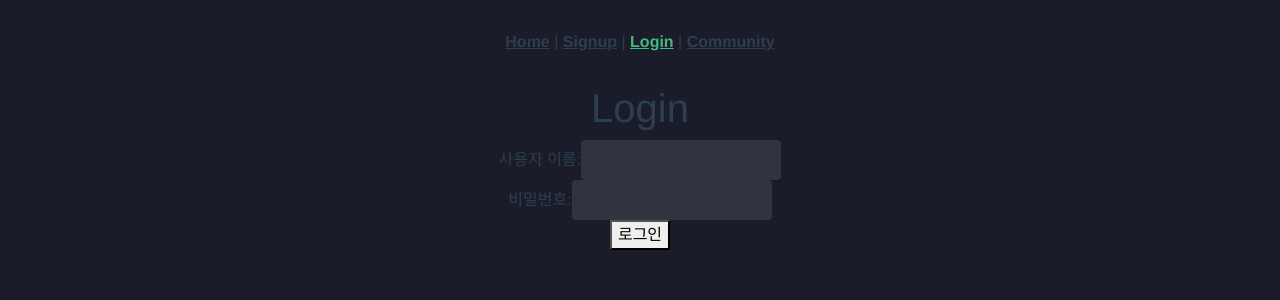
Repository: emoralVisionary/final_pjt_front
Page: /accounts/login
An editor plug-in stored every save of this project. The page is shown before and after the next save, followed by the edit.
The browser window is 1280 px wide. The pictures show the whole page.
The project was rebuilt for these pictures with package versions that can differ from the ones it lists, and the page was loaded fresh each time. Also part of the build but not shown: src/components/MovieCard.vue, src/views/MovieDetail.vue, src/views/MovieReview.vue, src/views/community/Community.vue, src/views/community/Post.vue, src/views/community/PostDetail.vue, src/components/ReviewDetail.vue.

Above is the page before, as saved 2021-11-22 06:01:24.

After the next save:
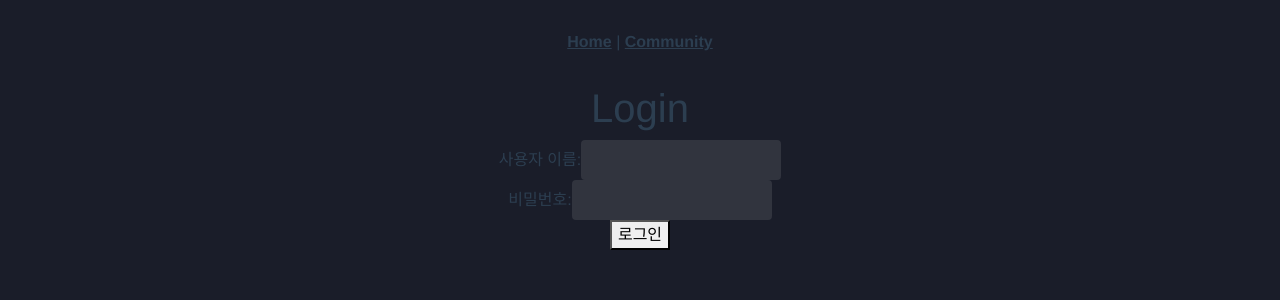
Saved 57 s later.
--- a/src/App.vue
+++ b/src/App.vue
@@ -2,7 +2,7 @@
   <div id="app">
     <div id="nav">
       <router-link to="/">Home</router-link> |
-      <span v-if="">
+      <span v-if="$store.state.isLogin">
         <router-link :to="{ name: 'Signup' }">Signup</router-link> |
         <router-link :to="{ name: 'Login' }">Login</router-link> |
       </span>

After the save that followed:
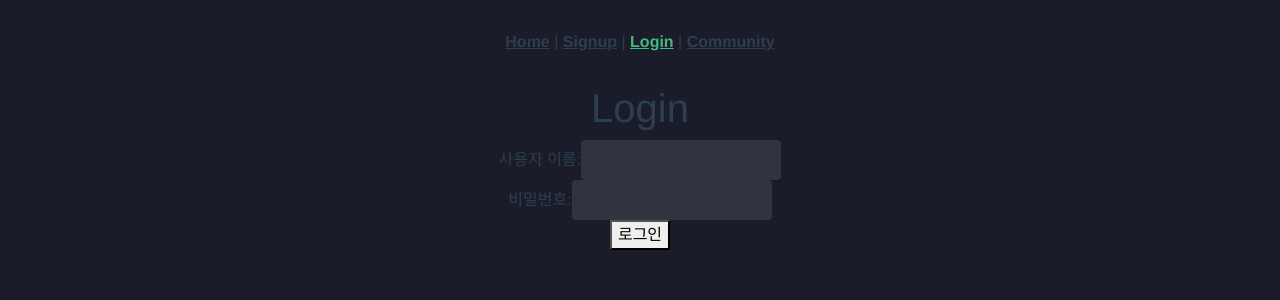
Saved 37 s later.
--- a/src/App.vue
+++ b/src/App.vue
@@ -2,7 +2,7 @@
   <div id="app">
     <div id="nav">
       <router-link to="/">Home</router-link> |
-      <span v-if="$store.state.isLogin">
+      <span v-if="!$store.state.isLogin">
         <router-link :to="{ name: 'Signup' }">Signup</router-link> |
         <router-link :to="{ name: 'Login' }">Login</router-link> |
       </span>
